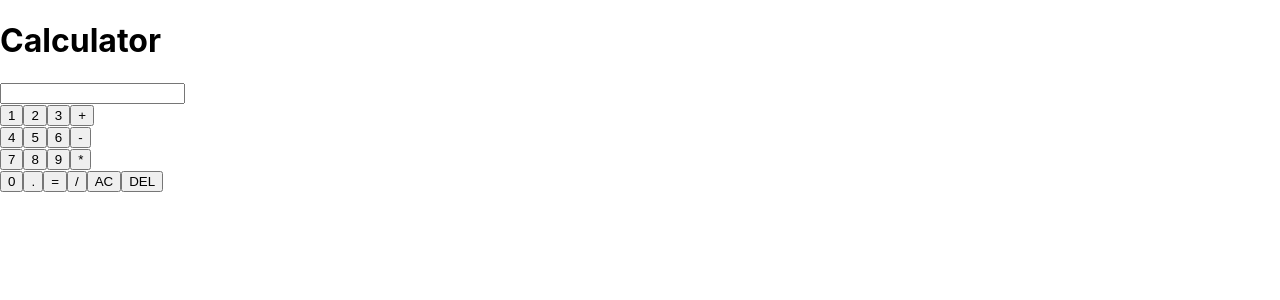
Repository: thesaherriaz/Calculator-React
Page: /
An editor plug-in stored every save of this project. The page is shown before and after a run of saves, followed by the edit.
The browser window is 1280 px wide. The pictures show the whole page.
The project was rebuilt for these pictures with package versions that can differ from the ones it lists, and the page was loaded fresh each time.

Above is the page before, as saved 2025-06-18 14:11:21.

After the next 2 saves:
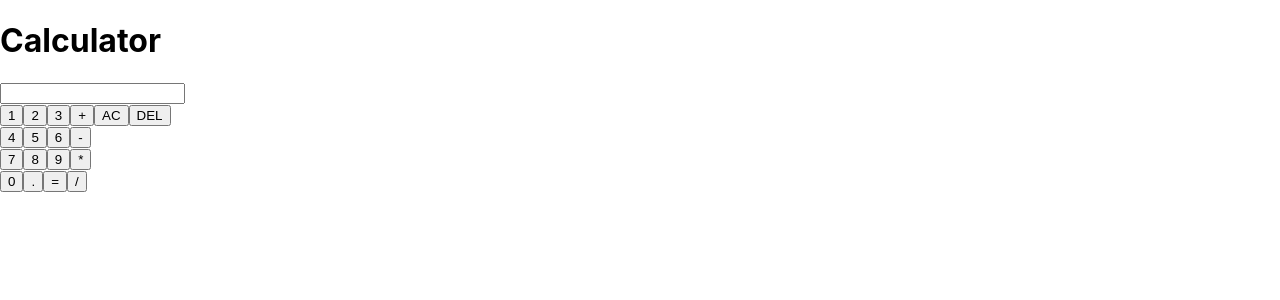
The 2 saves are shown as one change because they came seconds apart.
The last was saved 13 s later.
--- a/src/compnents/Calculator.jsx
+++ b/src/compnents/Calculator.jsx
@@ -10,7 +10,9 @@ function Calculator() {
                 <button>1</button>
                 <button>2</button>
                 <button>3</button>
-                <button>+</button> <br />
+                <button>+</button>
+                                <button>AC</button>
+                <button>DEL</button><br />
                 <button>4</button>
                 <button>5</button>
                 <button>6</button>
@@ -23,8 +25,7 @@ function Calculator() {
                 <button>.</button>
                 <button>=</button>
                 <button>/</button>
-                <button>AC</button>
-                <button>DEL</button>
+
             </div>
         </div>
     </>

After the 3 saves that followed:
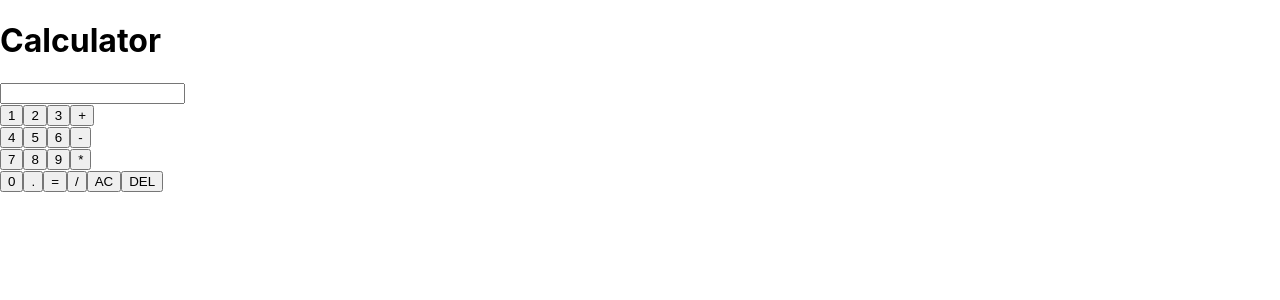
The 3 saves are shown as one change because 1 left the picture as it was and some came seconds apart.
The last was saved 29 s later.
--- a/src/compnents/Calculator.jsx
+++ b/src/compnents/Calculator.jsx
@@ -10,9 +10,7 @@ function Calculator() {
                 <button>1</button>
                 <button>2</button>
                 <button>3</button>
-                <button>+</button>
-                                <button>AC</button>
-                <button>DEL</button><br />
+                <button>+</button> <br />
                 <button>4</button>
                 <button>5</button>
                 <button>6</button>
@@ -25,7 +23,8 @@ function Calculator() {
                 <button>.</button>
                 <button>=</button>
                 <button>/</button>
-
+                <button>AC</button>
+                <button>DEL</button>
             </div>
         </div>
     </>
